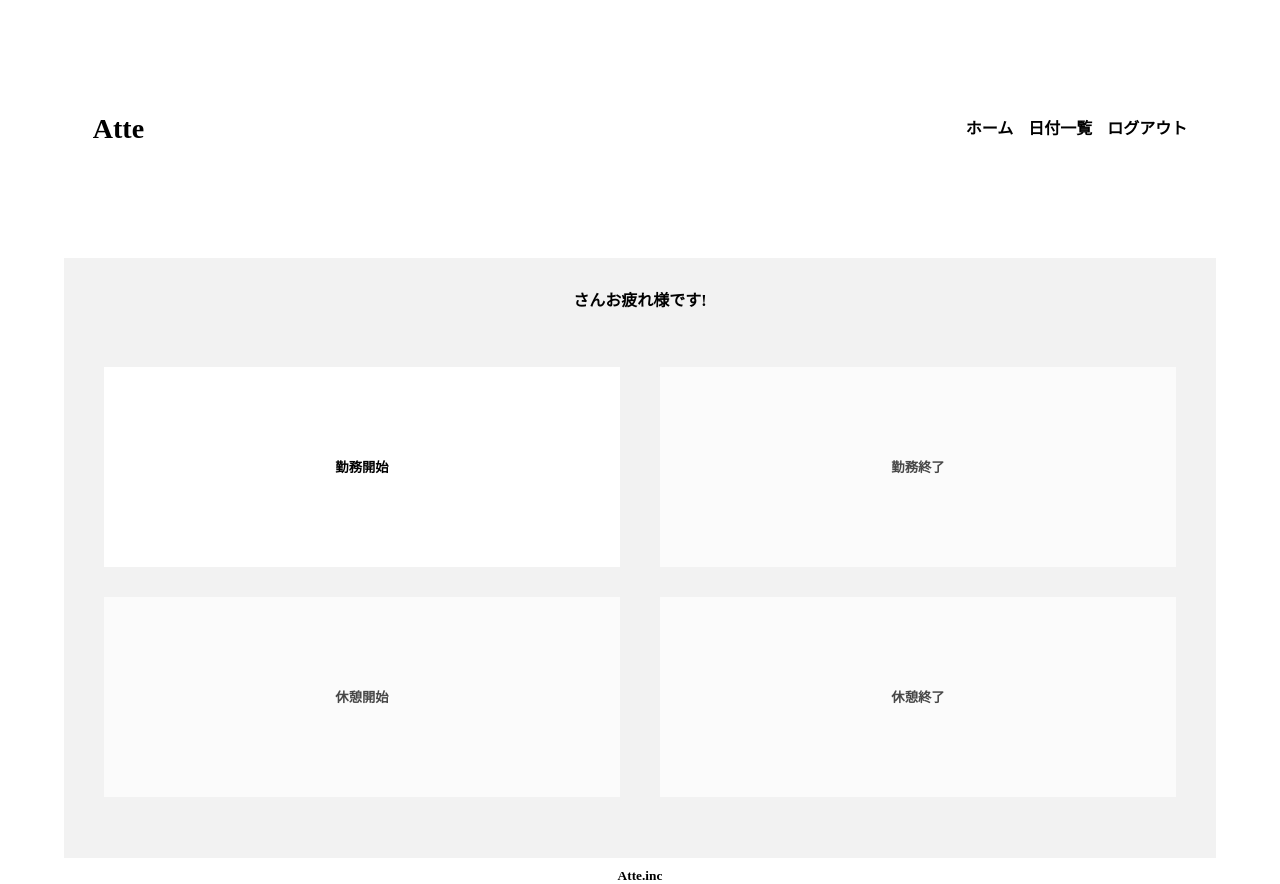
Repository: akihirofukyama/advanceapp_Nuxt
Page: /stamp
These files come from the project's save history. The page is drawn as it stood at one moment and after a run of saves; the edit follows.
The browser window is 1280 px wide. The pictures show the whole page.
The project was rebuilt for these pictures with package versions that can differ from the ones it lists, and the page was loaded fresh each time. The framework's server and built-in components were replaced by stand-ins that run in the browser. Also part of the build but not shown: nuxt.config.js, components/NuxtLogo.vue, components/Tutorial.vue.

Above is the page before, as saved 2022-02-12 21:54:24.

### pages/stamp.vue
<template>
  <div class="main">
     <div class="date">
      <h1 class="title">Atte</h1>
      <div class="header">
        <p class="home"><a href="#">ホーム</a></p>
        <p class="date_page"><a href="/date">日付一覧</a></p>
        <p class="logout"><a href="/login">ログアウト</a></p>
      </div>

    </div>
    <div class="stamp">
      <h2 class="h2">さんお疲れ様です!</h2>
          <div class="form_content">
          <button id="push-btn-1" class="button-add" v-on:click="pushedBtn(1)"   :disabled="isPush1" :class="{ 'button-disabled': isPush1 }"  >勤務開始</button>
          <button  id="push-btn-2" class="button-add" v-on:click="pushedBtn(2)" :disabled="isPush2"  :class="{ 'button-disabled': isPush2}" >勤務終了</button>
          </div>
          <div class="form_content">
          <button id="push-btn-3" class="button-add" v-on:click="pushedBtn(3)" :disabled="isPush3"  :class="{ 'button-disabled':isPush3 }" >休憩開始</button>
          <button id="push-btn-4" class="button-add" v-on:click="pushedBtn(4)" :disabled="isPush4"  :class="{ 'button-disabled': isPush4}" >休憩終了</button>
          </div>


    </div>
    <small class="small">Atte.inc</small>
  </div>
</template>

<script>

export default {
  data () {
    return {
      isPush1: false,
      isPush2: true,
      isPush3: true,
      isPush4: true,

    }
  },
  methods: {
    pushedBtn(s)  {
      if(s === 1){
        this.isPush1 = false;
        this.isPush2 = false;
        this.isPush3 = false;
        this.isPush4 = true;
      } else if ( s === 2) {
        this.isPush1 = false;
        this.isPush2 = true;
        this.isPush3 = true;
        this.isPush4 = true;
      } else if ( s === 3) {
        this.isPush1 = true;
        this.isPush2 = true;
        this.isPush3 = true;
        this.isPush4 = false;
      }else if ( s === 4) {
        this.isPush1 = true;
        this.isPush2 = false;
        this.isPush3 = false;
        this.isPush4 = true;
     }
    }
  },
  created() {
    console.log(this)
  }
}
</script>

<style>

 /* reset.css */
  @charset "UTF-8";

  html,
  body,
  div,
  span,
  applet,
  object,
  iframe,
  h1,
  h2,
  h3,
  h4,
  h5,
  h6,
  p,
  blockquote,
  pre,
  a,
  abbr,
  acronym,
  address,
  big,
  cite,
  code,
  del,
  dfn,
  em,
  img,
  ins,
  kbd,
  q,
  s,
  samp,
  small,
  strike,
  strong,
  sub,
  sup,
  tt,
  var,
  b,
  u,
  i,
  center,
  dl,
  dt,
  dd,
  ol,
  ul,
  li,
  fieldset,
  form,
  label,
  legend,
  table,
  caption,
  tbody,
  tfoot,
  thead,
  tr,
  th,
  td,
  article,
  aside,
  canvas,
  details,
  embed,
  figure,
  figcaption,
  footer,
  header,
  hgroup,
  menu,
  nav,
  output,
  ruby,
  section,
  summary,
  time,
  mark,
  audio,
  video {
    margin: 0;
    padding: 0;
    border: none;
    font-style: normal;
    text-align: left;
    zoom: 1;
  }

  article,
  aside,
  details,
  figcaption,
  figure,
  footer,
  header,
  hgroup,
  menu,
  nav,
  section {
    display: block;
  }

  table {
    border-collapse: collapse;
    font-family: inherit;
  }

  h1,
  h2,
  h3,
  h4,
  h5 {
    font-size: 100%;
    font-weight: normal;
    line-height: 1;
  }

  input,
  textarea,
  select {
    font-family: inherit;
    font-size: 16px;
  }

  input[type="button"],
  input[type="text"],
  input[type="submit"] {
    -webkit-appearance: none;
    border-radius: 0;
  }

  textarea {
    resize: none;
    -webkit-appearance: none;
    border-radius: 0;
  }

  th,
  td {
    border-collapse: collapse;
  }

  table th,
  table td {
    white-space: nowrap;
  }

  ul,
  ol {
    list-style-type: none;
  }

  img {
    vertical-align: text-bottom;
    vertical-align: -webkit-baseline-middle;
    max-width: 100%;
    height: auto;
    width: auto;
  }

 /* style.css */

  .main {
    width: 90%;
    margin: 0 auto;
  }

  .title {
    font-size: 28px;
    font-weight: bold;
  }


  .date {
    width: 95%;
    display: flex;
    justify-content: space-between;
    margin: 10% auto 0;
  }

  .header {
    display: flex;
    font-weight: bold;
  }

  .header p:not(:nth-last-of-type(1)) {
    margin-right: 15px;
  }

  a {
    text-decoration: none;
    color: black;
  }

  .h2 {
    text-align: center;
    padding-top: 3%;
    margin-bottom: 5%;
    font-weight: bold;
  }

  .stamp {
    width: 100%;
    height: 600px;
    margin: 10% auto 0;
    background-color: #f2f2f2;
  }

  .form {
    flex-wrap: wrap;
  }

  .form_contents {
    width: 98%;
    margin: 0 auto;
  }

  .form_content {
    display: flex;
    justify-content: space-between;
  }

  .form_content:nth-of-type(2) {
    margin-top: 30px;
  }

  .button-disabled {
    opacity: 0.7 !important; ;
  }

  .button-add:nth-of-type(1) {
    width: 47%;
    height: 200px;
    margin-left: 40px;
    margin-right: 20px;
    background-color: white;
    color: black;
    border: none;
    font-weight: bold;
  }

  .button-add:nth-of-type(2) {
    width: 47%;
    border: 1px solid grey;
    height: 200px;
    margin-left: 20px;
    margin-right: 40px;
    background-color: white;
    border: none;
    color: black;
    font-weight: bold;
  }

  .small {
    display: block;
    text-align: center;
    font-weight: bold;
    margin-top: 10px;
  }

</style>

After the next 2 saves:
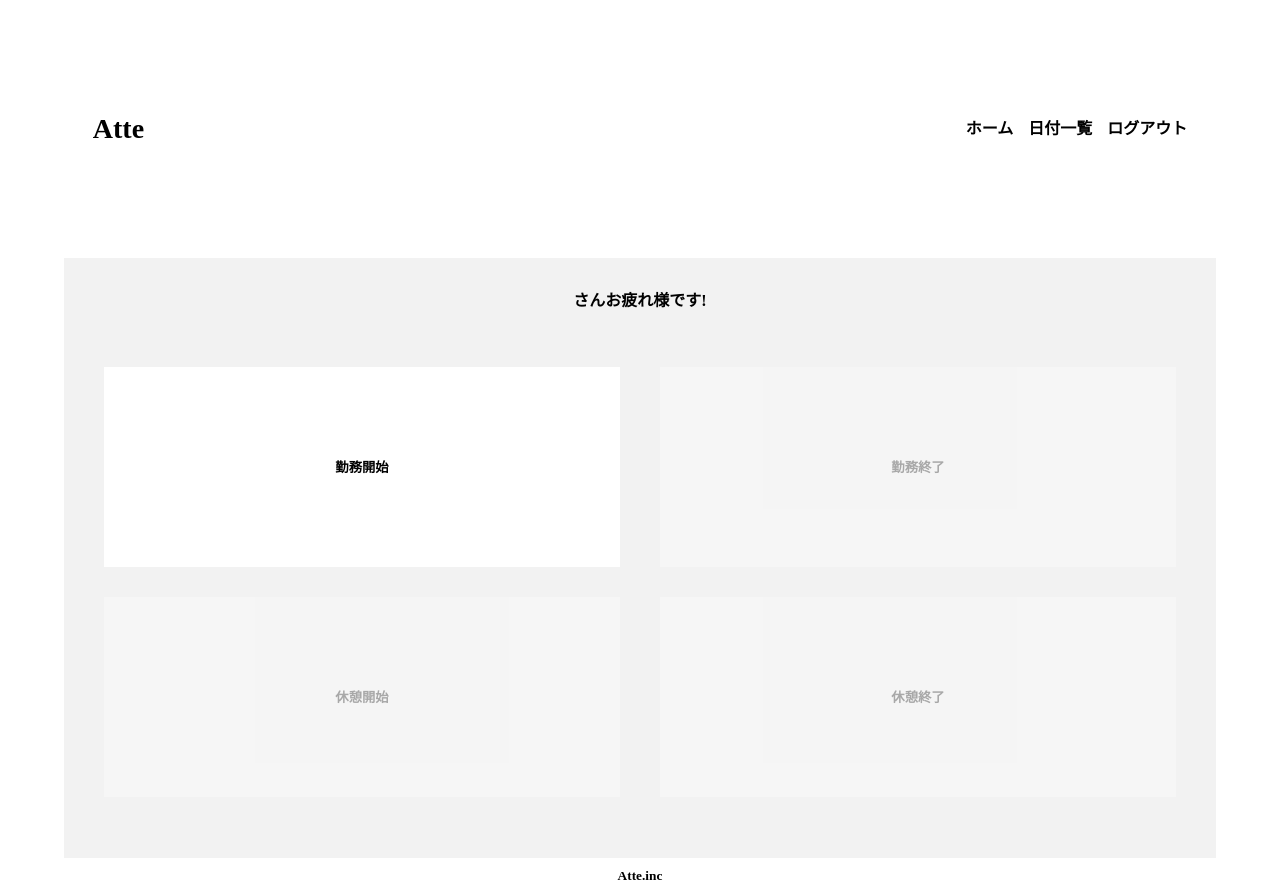
The 2 saves are shown as one change because they came seconds apart.
The last was saved 2 min 2 s later.
--- a/pages/stamp.vue
+++ b/pages/stamp.vue
@@ -302,7 +302,7 @@
   }
 
   .button-disabled {
-    opacity: 0.7 !important; ;
+    opacity: 0.3 !important; ;
   }
 
   .button-add:nth-of-type(1) {
